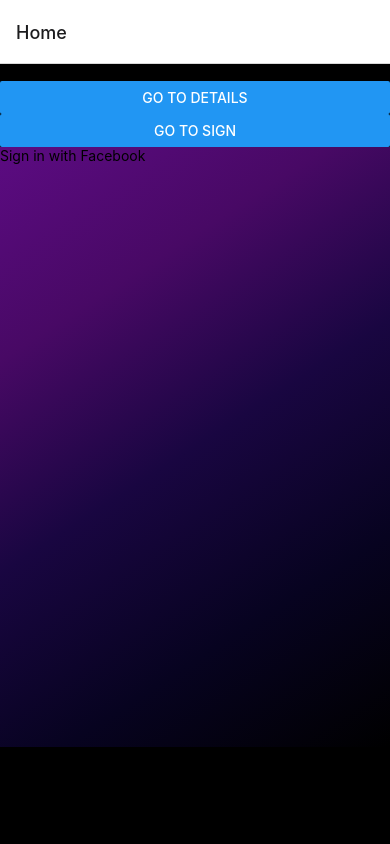
Repository: eyebone/barManager
Screen: /
An editor plug-in stored every save of this project. The screen is shown before and after a run of saves, followed by the edit.
The app was drawn by React Native's web renderer in a window 390 px wide. The project was rebuilt for these pictures with package versions that can differ from the ones it lists, and the page was loaded fresh each time. Also part of the build but not shown: components/EmojiPicker.js, components/Button.js, components/ImageViewer.js, components/circleButton.js, components/IconButton.js, view/ViewOne.js, view/Sign.js.

Above is the screen before, as saved 2023-06-26 14:03:34.

After the next 2 saves:
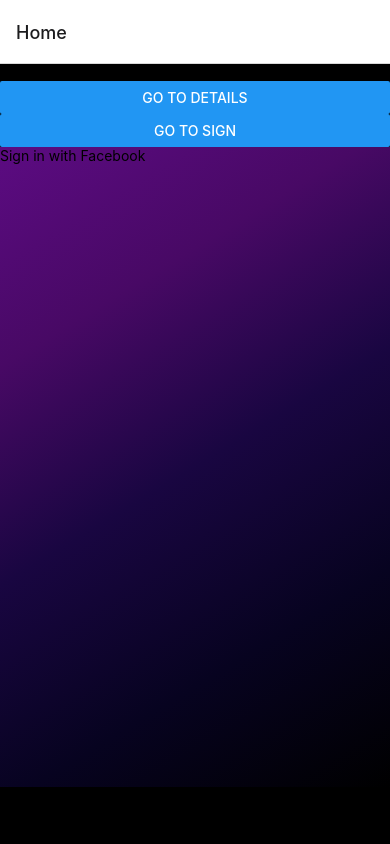
The 2 saves are shown as one change because they came seconds apart.
The last was saved 8 s later.
--- a/App.js
+++ b/App.js
@@ -53,6 +53,6 @@ const styles = StyleSheet.create({
     //    alignItems: 'center',
   },
   linearGradient: {
-    height: 600,
+    height: 640,
   },
 });
